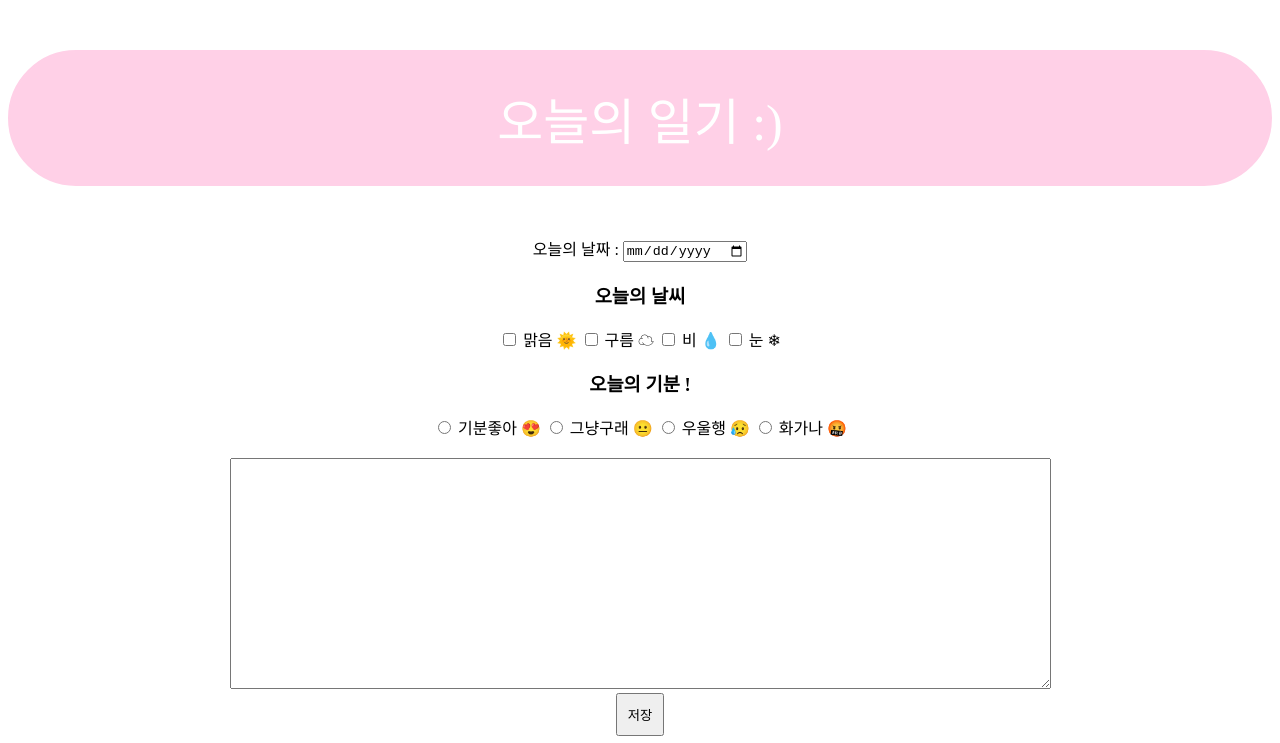
Repository: seoyeon0619/WebProgramming
Page: http://localhost/myhome1/일기쓰기.jsp
The author's editor kept a copy of each file at every save. The page is drawn from the files as they stood at one save, then again after the next save.
The browser window is 1280 px wide. The pictures show the whole page.
Some web fonts or font styles are not loaded; a fallback is used. The page is served by Tomcat 9.

Above is the page before, as saved 2022-12-29 07:46:35.

### workspace1/myhome1/src/main/webapp/일기쓰기.jsp
<%@ page language="java" contentType="text/html; charset=UTF-8"
    pageEncoding="UTF-8"%>
<!DOCTYPE html>
<html>
<head>
<meta charset="UTF-8">
<title>Insert title here</title>
<link rel="preconnect" href="https://fonts.googleapis.com"><link rel="preconnect" href="https://fonts.gstatic.com" crossorigin>
<link href="https://fonts.googleapis.com/css2?family=Gaegu:wght@700&family=Rubik+Bubbles&display=swap" rel="stylesheet">
<style>
p.round3{
	text-align : center;
	font-size : 50px;
	color : #ffffff;
  	border: 2px solid rgb(255, 208, 231);
  	border-radius: 100px;
  	padding : 30px;
  	background-color : rgb(255, 208, 231)
	}

body{
	text-align : center;
}

button{
	padding : 10px;
}

</style>

</head>
<body>
<style>
        body, h1, h2, h3, h4, h5, h6, p, span {
          font-family: 'Gaegu', cursive;
        }
</style>
<p class="round3">오늘의 일기 :)</p>

오늘의 날짜 : <input type="date"><br/>

<h3>오늘의 날씨</h3>
        <input type="checkbox" name="lan2" id="sel1" value="1">
		<label for="sel1">맑음 🌞</label>
        <input type="checkbox" name="lan2" id="sel2" value="2">
        <label for="sel2">구름 ☁</label>
        <input type="checkbox" name="lan2" id="sel3" value="3">
        <label for="sel3">비 💧</label>
        <input type="checkbox" name="lan2" id="sel4" value="4">
        <label for="sel4">눈 ❄</label>


<h3>오늘의 기분 !</h3>
        <input type="radio" name="lan2" id="sel1" value="1">
		<label for="sel1">기분좋아 😍</label>
        <input type="radio" name="lan2" id="sel2" value="2">
        <label for="sel2">그냥구래 😐</label>
        <input type="radio" name="lan2" id="sel3" value="3">
        <label for="sel3">우울행 😥</label>
        <input type="radio" name="lan2" id="sel4" value="4">
        <label for="sel4">화가나 🤬</label>

<h3></h3>

	<textarea name="" id="" cols="100" rows="15"></textarea><br/>

<button>저장</button>
</body>
</html>

After the next save:
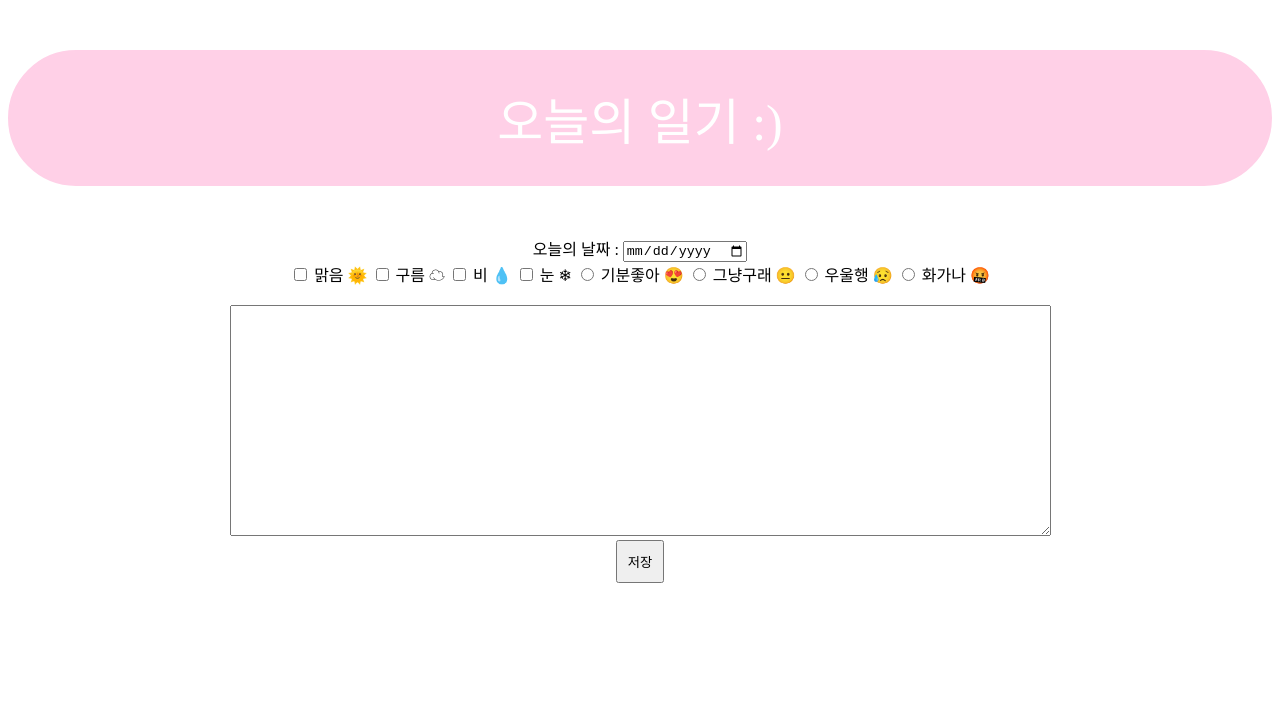
Saved 31 s later.
--- a/workspace1/myhome1/src/main/webapp/일기쓰기.jsp
+++ b/workspace1/myhome1/src/main/webapp/일기쓰기.jsp
@@ -39,7 +39,7 @@ button{
 
 오늘의 날짜 : <input type="date"><br/>
 
-<h3>오늘의 날씨</h3>
+
         <input type="checkbox" name="lan2" id="sel1" value="1">
 		<label for="sel1">맑음 🌞</label>
         <input type="checkbox" name="lan2" id="sel2" value="2">
@@ -50,7 +50,7 @@ button{
         <label for="sel4">눈 ❄</label>
 
 
-<h3>오늘의 기분 !</h3>
+
         <input type="radio" name="lan2" id="sel1" value="1">
 		<label for="sel1">기분좋아 😍</label>
         <input type="radio" name="lan2" id="sel2" value="2">
